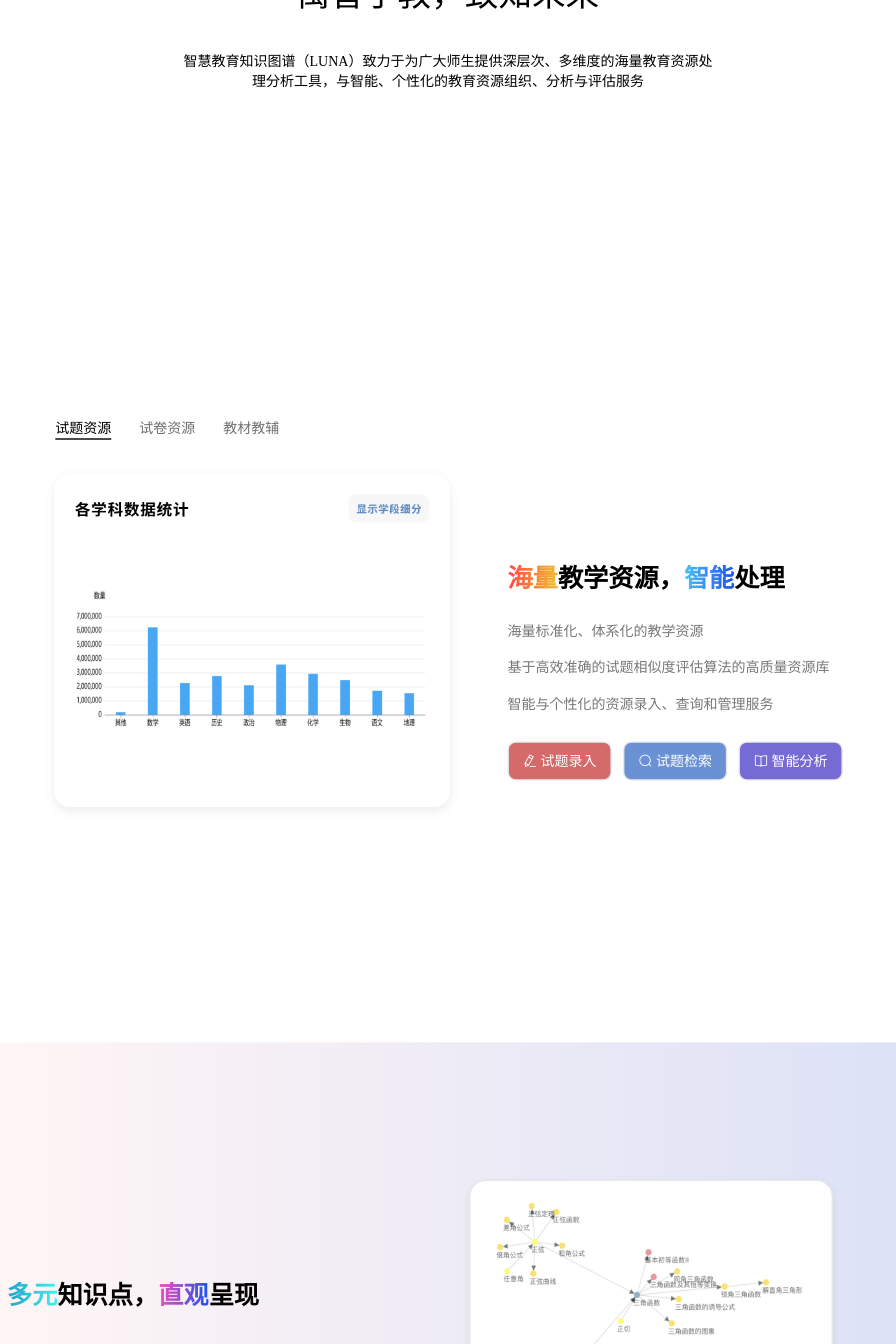
Repository: xydzy1/vue-start
Page: /
These files come from the project's save history. The page is drawn as it stood at one moment and after the next save; the edit follows.
The browser window is 1280 px wide. The pictures show the part of the page from y = 863 to 2783 px (the page is 4352 px tall), at 70% of full size.
The project was rebuilt for these pictures with package versions that can differ from the ones it lists, and the page was loaded fresh each time. Also part of the build but not shown: vite.config.js, vue.config.cjs, src/assets/part1.css.

Above is the page before, as saved 2023-08-13 10:33:06.

After the next save:
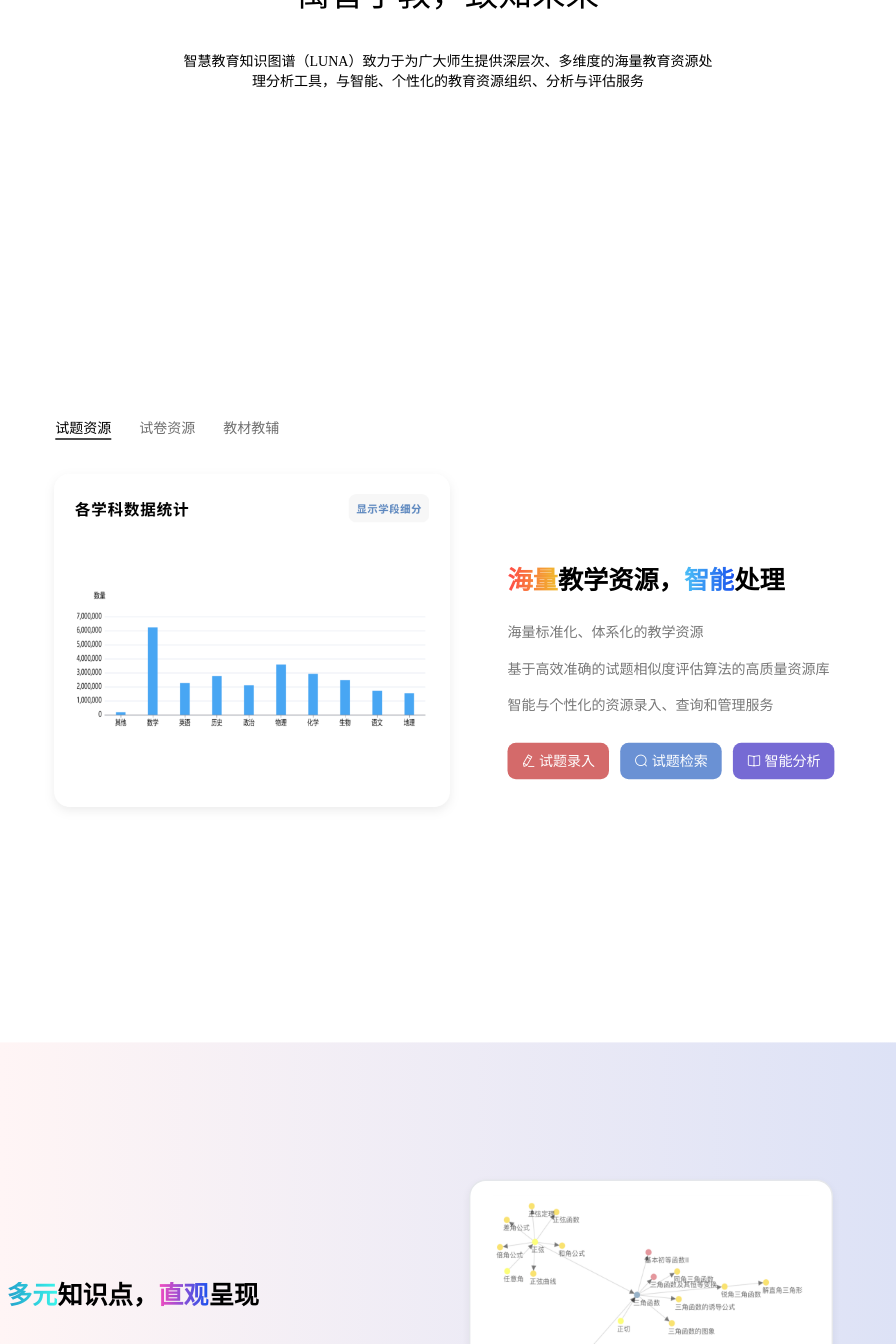
Saved 38 s later.
--- a/src/components/all_part/part2.vue
+++ b/src/components/all_part/part2.vue
@@ -37,9 +37,9 @@
 						<li class="pt-6">智能与个性化的资源录入、查询和管理服务</li>
 					</ul>
 					<span class="flex flex-row w-125 text-xl text-white font-normal mt-10">
-						<button class="bg-p2_cbutton2 pt-3 pb-3 pl-5 pr-5 mr-4 border-2 rounded-xl"><i class="el-icon-edit"></i> 试题录入</button>
-						<button class="bg-p2_cbutton3 pt-3 pb-3 pl-5 pr-5 mr-4 border-2 rounded-xl"><i class="el-icon-search"></i> 试题检索</button>
-						<button class="bg-p2_cbutton1 pt-3 pb-3 pl-5 pr-5 border-2 rounded-xl"><i class="el-icon-reading"></i> 智能分析</button>
+						<button class="bg-p2_cbutton2 pt-3 pb-3 pl-5 pr-5 mr-4  rounded-xl"><i class="el-icon-edit"></i> 试题录入</button>
+						<button class="bg-p2_cbutton3 pt-3 pb-3 pl-5 pr-5 mr-4  rounded-xl"><i class="el-icon-search"></i> 试题检索</button>
+						<button class="bg-p2_cbutton1 pt-3 pb-3 pl-5 pr-5  rounded-xl"><i class="el-icon-reading"></i> 智能分析</button>
 					</span>
 				</div>
 			</div>
